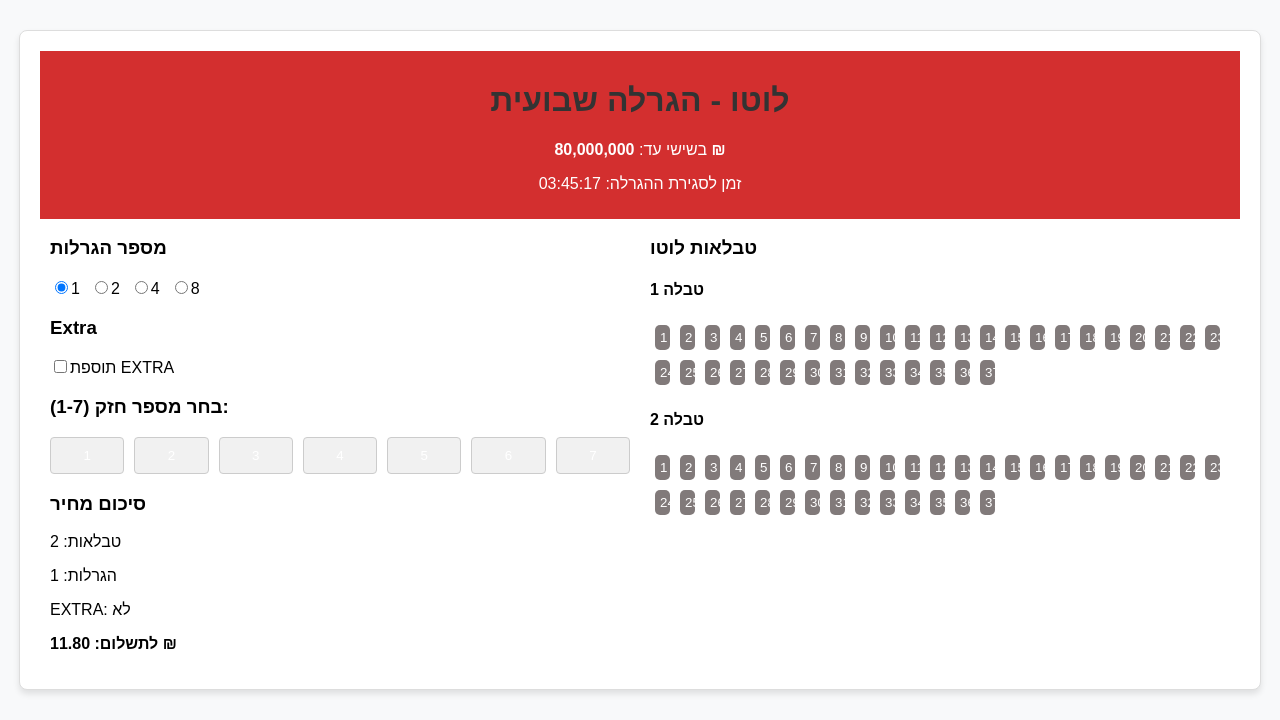
Repository: Giltih/LottoForm1
Page: /
These files come from the project's save history. The page is drawn as it stood at one moment and after a run of saves; the edit follows.
The browser window is 1280 px wide. The pictures show the whole page.
The project was rebuilt for these pictures with package versions that can differ from the ones it lists, and the page was loaded fresh each time. Also part of the build but not shown: vite.config.ts.

Above is the page before, as saved 2025-01-23 11:16:36.

### src/index.css

body {
  font-family: Arial, sans-serif;
  background-color: #f4f4f9;
  margin: 0;
  padding: 0;
}

h1, h2 {
  color: #333;
}

button {
  background-color: #4CAF50;
  color: white;
  border: none;
  border-radius: 5px;
  padding: 10px;
  cursor: pointer;
}

button:hover {
  background-color: #45a049;
}

### src/App.tsx
import React, { useState } from 'react';
import Header from './components/Header';
import LotteryAmountSelector from './components/LotteryAmountSelector';
import ExtraOption from './components/ExtraOption';
import StrongNumberSelector from './components/StrongNumberSelector';
import LottoTables from './components/LottoTables';
import PriceSummary from './components/PriceSummary';
import './App.css';

const App: React.FC = () => {
  const tableCount = 2;
  // const [tableCount, setTableCount] = useState(2);
  const [draws, setDraws] = useState(1);
  const [isExtraSelected, setIsExtraSelected] = useState(false);
  const [strongNumber, setStrongNumber] = useState<number>(0);
  const [selectedNumbers, setSelectedNumbers] = useState<number[][]>(
    Array(14).fill([])
  );

  const handleNumberSelect = (tableIndex: number, number: number) => {
    const newSelectedNumbers = [...selectedNumbers];
    const tableNumbers = newSelectedNumbers[tableIndex] || [];

    if (tableNumbers.includes(number)) {
      newSelectedNumbers[tableIndex] = tableNumbers.filter((num) => num !== number);
    } else if (tableNumbers.length < 6) {
      newSelectedNumbers[tableIndex] = [...tableNumbers, number];
    }

    setSelectedNumbers(newSelectedNumbers);
  };

  return (
    <div className="app-container">
      <Header />
      <div className="main-content">
        <div className="left-section">
          <LotteryAmountSelector selectedDraws={draws} onChange={setDraws} />
          <ExtraOption isSelected={isExtraSelected} onChange={setIsExtraSelected} />
          <StrongNumberSelector selectedStrongNumber={strongNumber} onStrongNumberSelect={setStrongNumber} />
          <PriceSummary tables={tableCount} draws={draws} isExtraSelected={isExtraSelected} />
        </div>
        <div className="right-section">
          <LottoTables
            tableCount={tableCount}
            selectedNumbers={selectedNumbers}
            onNumberSelect={handleNumberSelect}
          />
        </div>
      </div>
    </div>
  );
};

export default App;

### src/components/Header.tsx
import React from 'react';

const Header: React.FC = () => {
  return (
    <header style={{ backgroundColor: '#d32f2f', color: '#fff', padding: '10px', textAlign: 'center' }}>
      <h1>לוטו - הגרלה שבועית</h1>
      <p>בשישי עד: <span style={{ fontWeight: 'bold' }}>80,000,000 ₪</span></p>
      <p>זמן לסגירת ההגרלה: 03:45:17</p>
    </header>
  );
};

export default Header;

### src/components/LotteryAmountSelector.tsx
import React from 'react';

interface Props {
  selectedDraws: number;
  onChange: (count: number) => void;
}

const LotteryAmountSelector: React.FC<Props> = ({ selectedDraws, onChange }) => {
  const options = [1, 2, 4, 8];

  return (
    <div>
      <h3>מספר הגרלות</h3>
      {options.map((count) => (
        <label key={count} style={{ marginRight: '10px' }}>
          <input
            type="radio"
            value={count}
            checked={selectedDraws === count}
            onChange={() => onChange(count)}
          />
          {count}
        </label>
      ))}
    </div>
  );
};

export default LotteryAmountSelector;

### src/components/ExtraOption.tsx
import React from 'react';

interface Props {
  isSelected: boolean;
  onChange: (selected: boolean) => void;
}

const ExtraOption: React.FC<Props> = ({ isSelected, onChange }) => {
  return (
    <div>
      <h3>Extra</h3>
      <label>
        <input type="checkbox" checked={isSelected} onChange={(e) => onChange(e.target.checked)} />
        תוספת EXTRA
      </label>
    </div>
  );
};

export default ExtraOption;

### src/components/StrongNumberSelector.tsx
import React from 'react';

interface StrongNumberSelectorProps {
  onStrongNumberSelect: (number: number) => void;
  selectedStrongNumber: number ;
}

const StrongNumberSelector: React.FC<StrongNumberSelectorProps> = ({ onStrongNumberSelect, selectedStrongNumber }) => {
  return (
    <div>
      <h3>בחר מספר חזק (1-7):</h3>
      <div style={{ display: 'grid', gridTemplateColumns: 'repeat(7, 1fr)', gap: '10px' }}>
        {Array.from({ length: 7 }, (_, i) => i + 1).map((num) => (
          <button
            key={num}
            style={{
              padding: '10px',
              backgroundColor: selectedStrongNumber === num ? '#ff9800' : '#f1f1f1',
              border: '1px solid #ccc',
              borderRadius: '4px',
            }}
            onClick={() => onStrongNumberSelect(num)}
          >
            {num}
          </button>
        ))}
      </div>
    </div>
  );
};

export default StrongNumberSelector;

### src/components/LottoTables.tsx
import React from 'react';

interface Props {
  tableCount: number;
  selectedNumbers: number[][];
  onNumberSelect: (tableIndex: number, number: number) => void;
}

const LottoTables: React.FC<Props> = ({ tableCount, selectedNumbers, onNumberSelect }) => {
  const numbers = Array.from({ length: 37 }, (_, i) => i + 1); // מספרים 1-37

  return (
    <div>
      <h3>טבלאות לוטו</h3>
      {Array.from({ length: tableCount }, (_, tableIndex) => (
        <div key={tableIndex} style={{ marginBottom: '20px' }}>
          <h4>טבלה {tableIndex + 1}</h4>
          <div className='numbersGrid'>
            {numbers.map((number) => (
              <button
                key={number}
                className = {selectedNumbers[tableIndex]?.includes(number)
                ? 'selected'
                : ''}
                onClick={() => onNumberSelect(tableIndex, number)}
              >
                {number}
              </button>
            ))}
          </div>
        </div>
      ))}
    </div>
  );
};

export default LottoTables;

### src/components/PriceSummary.tsx
import React from 'react';

interface Props {
  tables: number;
  draws: number;
  isExtraSelected: boolean;
}

const PriceSummary: React.FC<Props> = ({ tables, draws, isExtraSelected }) => {
  const pricePerTable = 5.9;
  const extraPrice = isExtraSelected ? 2.0 : 0.0;
  const totalPrice = (tables * pricePerTable + extraPrice) * draws;

  return (
    <div>
      <h3>סיכום מחיר</h3>
      <p>טבלאות: {tables}</p>
      <p>הגרלות: {draws}</p>
      <p>EXTRA: {isExtraSelected ? 'כן' : 'לא'}</p>
      <p style={{ fontWeight: 'bold' }}>לתשלום: {totalPrice.toFixed(2)} ₪</p>
    </div>
  );
};

export default PriceSummary;

### src/App.css
body {
  font-family: Arial, sans-serif;
  background-color: #f8f9fa;
  margin: 0;
  padding: 0;
  display: flex;
  justify-content: center;
  align-items: center;
  height: 100vh;
}

.app-container {
  max-width: 1200px;
  width: 100%;
  background-color: #ffffff;
  border: 1px solid #ddd;
  border-radius: 8px;
  padding: 20px;
  box-shadow: 0 4px 6px rgba(0, 0, 0, 0.1);
}

.main-content {
  display: flex;
  justify-content: space-between;
}

.left-section,
.right-section {
  flex: 1;
  margin: 0 10px;
}

button {
  border: none;
  cursor: pointer;
  transition: background-color 0.3s;
}

button:hover {
  background-color: #b3e5fc;
}

.numbersGrid {
  display: 'grid';
  grid-template-columns: 'repeat(9, 1fr)';
  gap: '5px' ;
}

.numbersGrid button {
  padding: 5px;
  margin: 5px;
  background-color: #817a7a;
width: 15px;}

.numbersGrid button.selected {
  background-color: #487184;
}

Loaded but not shown: index.html (common file); src/main.tsx (common file)

After the next 2 saves:
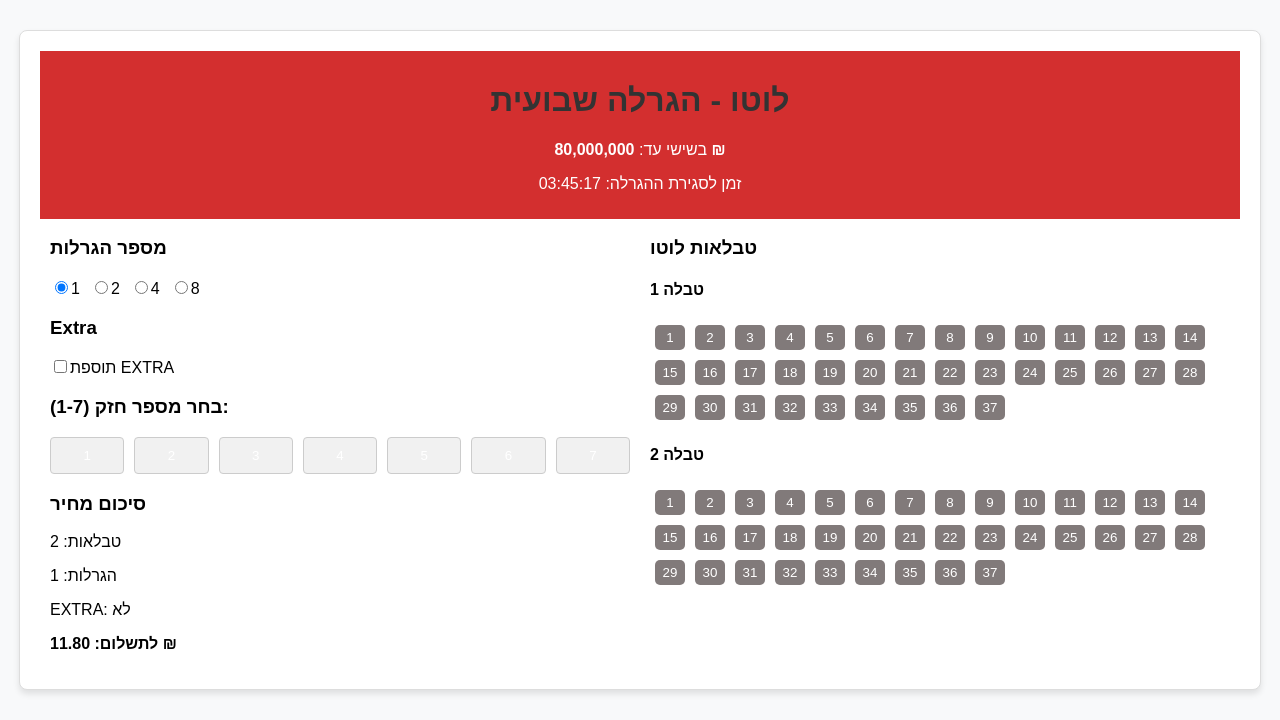
The 2 saves are shown as one change because they came seconds apart.
The last was saved 22 s later.
--- a/src/App.css
+++ b/src/App.css
@@ -50,7 +50,7 @@ button:hover {
   padding: 5px;
   margin: 5px;
   background-color: #817a7a;
-width: 15px;}
+width: 30px;}
 
 .numbersGrid button.selected {
   background-color: #487184;
